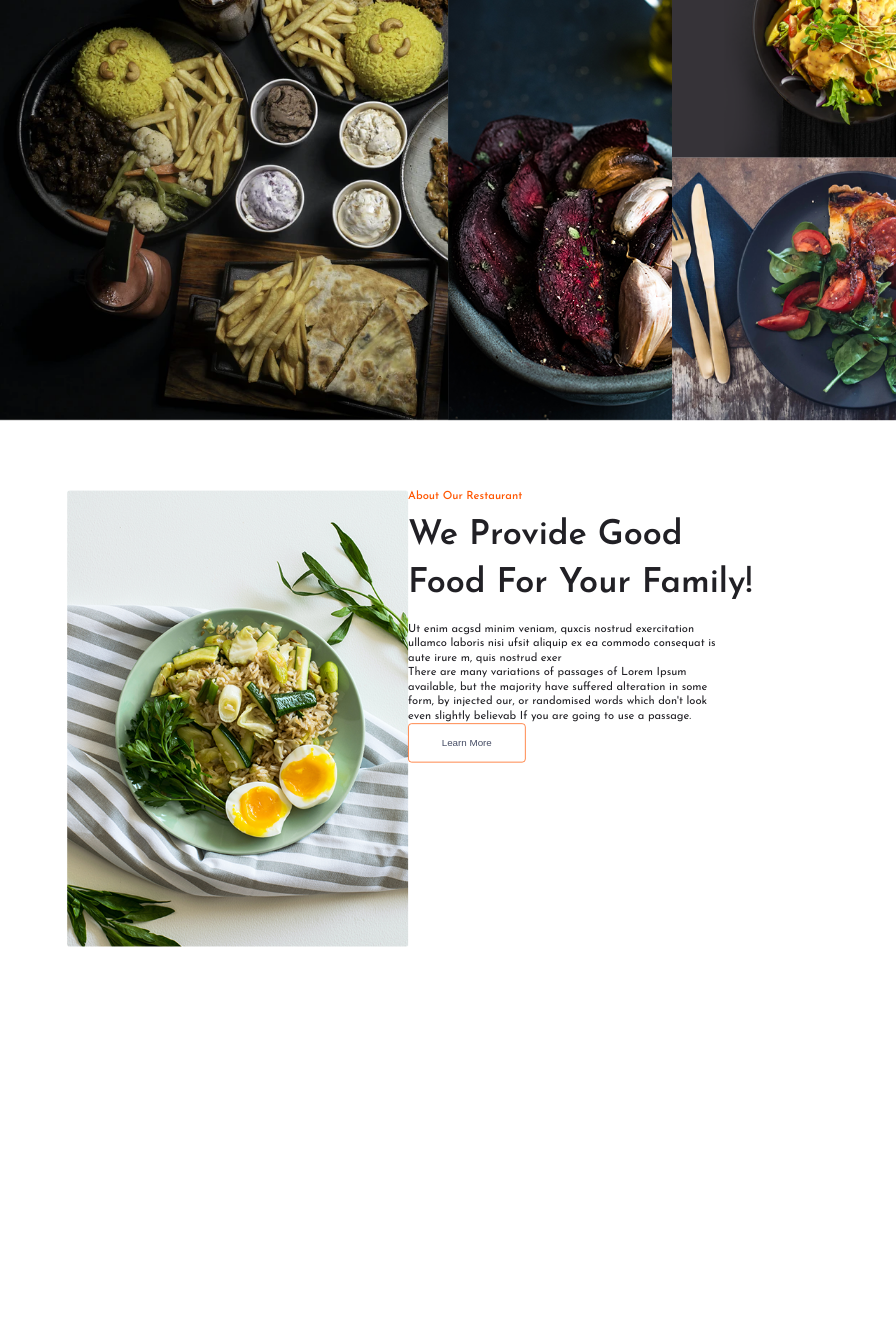
Repository: Ebtehal18/food
Page: index.html
These files come from the project's save history. The page is drawn as it stood at one moment and after the next save; the edit follows.
The browser window is 1280 px wide. The pictures show the part of the page from y = 2456 to 4376 px (the page is 10000 px tall), at 70% of full size.

Above is the page before, as saved 2024-01-18 19:21:11.

### index.html
<!DOCTYPE html>
<html lang="en">
  <head>
    <meta charset="UTF-8" />
    <meta name="viewport" content="width=device-width, initial-scale=1.0" />
    <title>Food All</title>
    <link rel="preconnect" href="https://fonts.googleapis.com">
    <link rel="preconnect" href="https://fonts.gstatic.com" crossorigin>
    <link href="https://fonts.googleapis.com/css2?family=Josefin+Sans:wght@200;300;400;500;600;700&display=swap" rel="stylesheet">
    <link rel="stylesheet" href="asessets/css/style.css" />
    <link rel="stylesheet" href="asessets/css/External/all.min.css" />
  </head>
  <body>
    <!-- nav bar -->
    <header class="header">
      <div class="logo"><img src="asessets/imgs/logo.png" alt="logo" /></div>
      <label for="checkbox"><i class="fa-solid fa-bars"></i></label>
      <input type="checkbox" id="checkbox">
      <nav class="nav">
        <ul class="nav-list">
          <li class="list-item"><a href="#">Home</a></li>
          <li class="list-item"><a href="#">About</a></li>
          <li class="list-item"><a href="#">Menu</a></li>
          <li class="list-item">
            <a href="#">Blog</a>
            <ul class="dropdown-list">
              <li class="dropdown-item"><a href="#">Blog</a></li>
              <li class="dropdown-item"><a href="#">Blog Details</a></li>
              <li class="dropdown-item"><a href="#">Element</a></li>
            </ul>
          </li>
          <li class="list-item"><a href="#">Contact</a></li>
        </ul>
      </nav>
      <button class="btn btn-nav">Order Online</button>
    </header>

    <!-- hero -->

    <section class="hero">
      <div class="container">
        <div class="row">
         <div class="hero-content">
           <span class="span">Discover Your Teste</span>
          <h1>We belive good food offer great smile</h1>
          <p>
            Ut enim ad minim veniam, quis nostrud exercitation ullamco laboris
            nisi ut aliquip ex ea commodo consequat is aute irure.
          </p>
          <button class="btn-hero">Resurvation</button>
        </div>
          </div>
        </div>
      </div>
    </section>

  <!-- about -->
    <section class="about">
      <div class="container">
        <div class="row">
        <div class="about-content">
          <span class="span">Discover Your Teste</span>
          <h2>We Provide Good Food For Your Family!</h2>
          <p>Ut enim acgsd minim veniam, quxcis nostrud exercitation ullamco laboris nisi ufsit aliquip ex ea commodo consequat is aute irure m, quis nostrud exer.</p>
          <div class="row">
        <div class="about-detail">
          <div class="about-icon">
            <img src="asessets/imgs/cooking.png" alt="cooking">
          </div>
        <p>Ut enim ad minim veniam, quis nostrud exer.</p>
      </div>
        <div class="about-detail">
          <div class="about-icon">
            <img src="asessets/imgs/restaurant.png" alt="cooking">
          </div>
        <p>Ut enim ad minim veniam, quis nostrud exer.</p>
      </div>
        <div class="about-detail">
          <div class="about-icon">
            <img src="asessets/imgs/chef.png" alt="cooking">
          </div>
        <p>Ut enim ad minim veniam, quis nostrud exer.</p>
      </div>
        <div class="about-detail">
          <div class="about-icon">
            <img src="asessets/imgs/cooking.png" alt="cooking">
          </div>
        <p>Ut enim ad minim veniam, quis nostrud exer.</p>
      </div>
          </div>
        </div>
        <div class="about-img">
          <img src="asessets/imgs/about.png" alt="chef's img">
        </div>
        </div>
      </div>
    </section>
    <!-- menu -->
    <section class="menu-sec">
      <div class="menu">
         <div class="container">
        <div class="menu-heading">
          <span class="span">Our Offerd Menu</span>
          <h2>Some Trendy And Popular Courses Offerd</h2>
          <ul class="list-menu">
            <li class="menu-item"><a href="#">special</a></li>
            <li  class="menu-item"><a href="#">breakfact</a></li>
            <li  class="menu-item"><a href="#">lunch</a></li>
            <li  class="menu-item"><a href="#">dinner</a></li>
          </ul>
        </div>


      </div>
    </div>
      <div class="grid-menu">
        <div class="menu-img">
          <div class="overlay">
            <span class="span">$25</span>
            <h2>Delicious Food</h2>
            <p>Ut enim ad minim veniam quis nostr.</p>
            <button class="btn-hero">Order Now</button>
          </div>
        </div>
        <div class="menu-img"> <div class="overlay">
          <span class="span">$25</span>
          <h2>Delicious Food</h2>
          <p>Ut enim ad minim veniam quis nostr.</p>
          <button class="btn-hero">Order Now</button>
        </div></div>
        <div class="menu-img"> <div class="overlay">
          <span class="span">$25</span>
          <h2>Delicious Food</h2>
          <p>Ut enim ad minim veniam quis nostr.</p>
          <button class="btn-hero">Order Now</button>
        </div></div>
        <div class="menu-img"> <div class="overlay">
          <span class="span">$25</span>
          <h2>Delicious Food</h2>
          <p>Ut enim ad minim veniam quis nostr.</p>
          <button class="btn-hero">Order Now</button>
        </div></div>

      </div>
    </section>
    <!-- blog -->
    <section class="blog">
      <div class="container">
        <div class="row">
          <div class="blog-img">
            <img src="asessets/imgs/about2.png" alt="">
          </div>
          <div class="blog-content">
            <span class="span">About Our Restaurant</span>
            <h2>We Provide Good Food For Your Family!</h2>
            <p>Ut enim acgsd minim veniam, quxcis nostrud exercitation ullamco laboris nisi ufsit aliquip ex ea commodo consequat is aute irure m, quis nostrud exer</p>
            <p>There are many variations of passages of Lorem Ipsum available, but the majority have suffered alteration in some form, by injected our, or randomised words which don't look even slightly believab If you are going to use a passage.</p>
            <button class="btn">Learn More</button>
          </div>
        </div>
      </div>
    </section>

  </body>
</html>

### asessets/css/style.css
/*
=======================================================
          public styles
======================================================= */
*,
*::after,
*::before {
  margin: 0;
  padding: 0;
  box-sizing: border-box;
}
html,
body {
  overflow-x: hidden;
}
body {
  font-family: "Josefin Sans", sans-serif;
  color: #141517;
  height: 10000px;
}
a {
  text-decoration: none;
}
li {
  list-style: none;
}
.container {
  width: 85%;
  margin: auto;
}
.row {
  display: flex;
  justify-content: space-between;
  align-items: flex-start;
}
.span {
  color: #ff5600;
  font-size: 16px;
  font-weight: 500;
  display: inline-block;
}
h2 {
  margin: 15px 0 20px;
  color: #212025;
  font-size: 49px;
  font-weight: 600;
  line-height: 1.4;
  width: 83%;
}
p {
  width: 77%;
  color: #212025;
  font-size: 16px;
  font-weight: 400;
  line-height: 1.3;
}

@media (max-width: 767px) {
  .row {
    flex-flow: column wrap;
  }
}

/*
=====================================================
            end public styles
=====================================================
 */

/* ===============
        navbar
 ================= */
.header {
  z-index: 999;
  display: flex;
  background-color: #fff;
  position: fixed;
  justify-content: space-around;
  align-items: center;
  top: 0;
  padding: 20px 65px;
  width: 100%;
}
.header .logo {
  width: 46%;
}
.header .nav .nav-list .list-item {
  padding: 0 30px;
  display: inline-block;
}
.header .nav .nav-list .list-item a {
  color: #141517;
  font-weight: 400;
  font-size: 16px;
  text-decoration: none;
}
.header .nav .nav-list .list-item a:hover {
  color: #ff5600;
}
.header .nav .nav-list .list-item:nth-child(4) {
  position: relative;
}
.header .nav .list-item .dropdown-list {
  padding: 10px 15px;
  background-color: #fff;
  position: absolute;
  top: 44px;
  left: -4px;
  opacity: 0;
  transition: all 0.4s ease-in;
  -webkit-transition: all 0.4s ease-in;
  -moz-transition: all 0.4s ease-in;
  -ms-transition: all 0.4s ease-in;
  -o-transition: all 0.4s ease-in;
}
.header .nav .nav-list .list-item:nth-child(4):hover .dropdown-list {
  opacity: 1;
  top: 63px;
}

.header .nav .list-item .dropdown-list li {
  width: 140px;
  display: inline-block;
  margin-bottom: 20px;
}
.header .btn,
.blog .btn {
  position: relative;
  z-index: 1;
  cursor: pointer;
  color: #464d65;
  outline: none;
  border: 1px solid #ff5600;
  font-size: 14px;
  font-weight: 500;
  background-color: transparent;
  padding: 19px 47px;
  border-radius: 5px;
  -webkit-border-radius: 5px;
  -moz-border-radius: 5px;
  -ms-border-radius: 5px;
  -o-border-radius: 5px;
  transition: all 0.4s ease-in;
  -webkit-transition: all 0.4s ease-in;
  -moz-transition: all 0.4s ease-in;
  -ms-transition: all 0.4s ease-in;
  -o-transition: all 0.4s ease-in;
}
.header .btn::before,
.blog .btn::before {
  background-color: #ff5600;
  position: absolute;
  content: "";
  top: 0;
  left: 0;
  height: 0%;
  width: 100%;
  z-index: -1;
  transition: all 0.4s ease-in;
  -webkit-transition: all 0.4s ease-in;
  -moz-transition: all 0.4s ease-in;
  -ms-transition: all 0.4s ease-in;
  -o-transition: all 0.4s ease-in;
}
.header .btn:hover,
.blog .btn:hover {
  color: #fff;
}
.header .btn:hover::before,
.blog .btn:hover::before {
  height: 100%;
}
.header input,
label {
  display: none;
}
@media (max-width: 1100px) {
  .header .logo {
    width: 20%;
  }
}

@media (max-width: 991px) {
  .header {
    justify-content: space-between;
    padding: 10px 20px;
  }
  .header .logo {
    width: 84%;
  }
  .header nav .nav-list {
    display: none;
  }
  .header .nav-list {
    padding: 20px 0;
    left: 0;
    right: 0;
    background-color: #ffb400fa;
    position: absolute;
    top: 100%;
  }

  .header .nav .nav-list .list-item {
    margin-bottom: 20px;
    padding: 0 30px;
    display: block;
  }
  .header .nav .nav-list .list-item a {
    color: #fff;
  }

  .header .nav .nav-list .list-item:nth-child(4):hover .dropdown-list {
    border-radius: 5px;
    left: 30px;
    top: 23px;
    background-color: #ff5600;
    -webkit-border-radius: 5px;
    -moz-border-radius: 5px;
    -ms-border-radius: 5px;
    -o-border-radius: 5px;
  }
  .header .nav .list-item .dropdown-list li {
    display: block;
  }
  .header .nav .list-item .dropdown-list a,
  .header .nav .list-item .dropdown-list a:hover {
    color: #fff;
  }
  .header .btn {
    display: none;
  }
  .header label {
    display: block;
  }
  .header label i {
    font-size: 24px;
  }
  .header input:checked + nav .nav-list {
    display: block;
  }
}

/* ===============
       end  navbar
 ================= */
/* ===============
       hero
 ================= */
.hero {
  display: flex;
  width: 100%;
  height: 1080px;
  background-image: url(../imgs/h1_hero.png);
  background-size: cover;
  background-position: bottom;
}

.hero .hero-content h1 {
  margin-top: 40px;
  font-weight: 700;
  color: #212025;
  font-size: 87px;
  width: 80%;
  line-height: 1.4;
}
.hero .hero-content p {
  font-weight: 400;
  margin-bottom: 30px;
  line-height: 1.3;
  width: 44%;
  color: #212025;
  font-size: 16px;
}
.btn-hero {
  letter-spacing: 1.1px;
  position: relative;
  z-index: 1;
  cursor: pointer;
  color: #fff;
  outline: none;
  border: 1px solid #ff5600;
  font-size: 14px;
  font-weight: 500;
  background-color: #ff5600;
  padding: 19px 47px;
  border-radius: 5px;
  -webkit-border-radius: 5px;
  -moz-border-radius: 5px;
  -ms-border-radius: 5px;
  -o-border-radius: 5px;
  transition: all 0.4s ease-in;
  -webkit-transition: all 0.4s ease-in;
  -moz-transition: all 0.4s ease-in;
  -ms-transition: all 0.4s ease-in;
  -o-transition: all 0.4s ease-in;
}
.btn-hero::before {
  z-index: -1;
  content: "";
  background-color: rgba(0, 0, 0, 0.6);
  top: 0;
  left: 0;
  width: 0;
  height: 100%;
  position: absolute;
  transition: all 0.4s;
  -webkit-transition: all 0.4s;
  -moz-transition: all 0.4s;
  -ms-transition: all 0.4s;
  -o-transition: all 0.4s;
}
.btn-hero:hover::before {
  filter: grayscale(50%);
  width: 100%;
  -webkit-filter: grayscale(50%);
}
@media (max-width: 1100px) {
  .hero .hero-content {
    margin: 0;
  }
  .hero .hero-content h1 {
    font-size: 60px;
  }
}

@media (max-width: 991px) {
  .hero {
    height: 700px;
  }
  .hero .hero-content {
    margin: 0;
    padding: 206px 0 100px;
  }
  .hero .hero-content .span {
    margin-bottom: 40px;
  }
  .hero .hero-content h1 {
    width: 88%;
    font-size: 50px;
    margin-bottom: 40px;
  }
  .hero .hero-content p {
    line-height: 1.4;
    width: 74%;
  }
}

@media (max-width: 767px) {
  .hero {
    height: 600px;
  }
  .hero .hero-content {
    padding: 100px 0 0;
    margin: 0;
  }
  .hero .hero-content span {
    margin-bottom: 20px;
  }
  .hero .hero-content h1 {
    font-size: 27px;
    width: 100%;
    margin-bottom: 30px;
  }
  .hero .hero-content p {
    margin-bottom: 20px;
    width: 100%;
  }
}

/* about */

.about {
  padding: 100px 0;
}
.about .container .row {
  align-items: center;
}
.about .about-content {
  width: 50%;
}

.about .about-content .row {
  margin-top: 50px;
  display: grid;
  grid-template-columns: repeat(2, 1fr);
  gap: 20px;
}
.about .about-content .row .about-detail {
  display: flex;
  gap: 20px;
  align-items: center;
}
.about .about-content .row .about-detail p {
  width: 69%;
}

.about .row .about-detail .about-icon {
  width: 15%;
}
.about .row .about-detail .about-icon img,
.about .about-img img {
  width: 100%;
}
.about .about-img {
  width: 50%;
}
@media (max-width: 991px) {
  .about {
    padding: 50px 0;
  }
  .about .row {
    flex-flow: row wrap;
  }
  .about .about-content {
    width: 100%;
  }
  .about .about-content h2 {
    width: 100%;
    font-size: 27px;
  }
  .about .about-content .row {
    margin-top: 25px;
    display: grid;
    grid-template-columns: repeat(2, 1fr);
    gap: 20px;
  }
  .about .about-img {
    margin-top: 20px;
    width: 100%;
  }
}

@media (max-width: 767px) {
  .about {
    padding: 40px 0;
  }
  .about .about-content {
    width: 100%;
  }
  .about .about-content h2 {
    width: 100%;
    font-size: 27px;
  }
  .about .about-content .row {
    margin-top: 25px;
    display: grid;
    grid-template-columns: repeat(1, 1fr);
    gap: 20px;
  }
  .about .about-img {
    margin-top: 20px;
    width: 100%;
  }
}
/* menu */

.menu {
  background-image: url(../imgs/section_bg01.png);
  background-size: cover;
  background-position: center center;
  padding: 70px 0 50px;
}
.menu .menu-heading {
  text-align: center;
}

.menu .menu-heading h2 {
  line-height: 1.3;
  margin: auto;
  width: 59%;
  color: #212025;
  font-size: 49px;
  font-weight: 600;
  margin-top: 20px;
}
.menu .menu-heading .list-menu {
  align-items: center;
  margin-top: 70px;
  display: flex;
  justify-content: center;
  gap: 50px;
}

.menu .menu-heading .list-menu li a {
  text-transform: uppercase;
}

.menu .menu-heading .list-menu li:not(:first-child) a {
  z-index: 1;
  font-weight: 400;
  font-size: 16px;
  color: #1b1b1b;
  text-decoration: none;
}

.menu .menu-heading .list-menu li:first-child a {
  background-color: #ff5600;
  padding: 10px 22px;
  position: relative;
  color: #fff;
}
.menu .menu-heading .list-menu li:first-child a::before {
  top: 36px;
  left: 38%;
  content: "";
  position: absolute;
  width: 0;
  height: 0;
  border-bottom: 12px solid transparent;
  border-top: 10px solid #ff5600;
  border-left: 12px solid transparent;
  border-right: 12px solid transparent;
}

.menu-sec .grid-menu {
  display: grid;
  grid-template-columns: repeat(4, 1fr);
  grid-template-rows: repeat(2, 1fr);
}
.menu-sec .grid-menu .menu-img {
  overflow: hidden;
  position: relative;
}
.menu-sec .grid-menu .menu-img .overlay {
  width: 100%;
  height: 100%;
  display: flex;
  align-items: center;
  justify-content: center;
  flex-direction: column;
  position: absolute;
  z-index: 1;
  text-align: center;
  background-color: rgba(0, 0, 0, 0.6);
  opacity: 0;
  transition: all 0.4s ease-in;
  -webkit-transition: all 0.4s ease-in;
  -moz-transition: all 0.4s ease-in;
  -ms-transition: all 0.4s ease-in;
  top: 40%;
  -o-transition: all 0.4s ease-in;
}
.menu-sec .grid-menu .menu-img:hover .overlay {
  top: 0;
  opacity: 1;
}
.menu-sec .grid-menu .menu-img .overlay .span {
  font-size: 30px;
}
.menu-sec .grid-menu .menu-img .overlay h2 {
  color: #fff;
  font-size: 50px;
  font-weight: 700;
  margin-bottom: 20px;
}
.menu-sec .grid-menu .menu-img .overlay p {
  margin-bottom: 20px;
  color: #fff;
  font-size: 13px;
}

.menu-sec .grid-menu .menu-img:nth-child(1) {
  grid-column: 1/3;
  grid-row: 1/-1;
  background-image: url(../imgs/gallery1.png);
  background-size: cover;
  min-height: 730px;
}

.menu-sec .grid-menu .menu-img:nth-child(2) {
  background-image: url(../imgs/gallery2.png);
  background-size: cover;
  background-position: left;
  min-height: 730px;
  grid-row: 1/-1;
}
.menu-sec .grid-menu .menu-img:nth-child(3) {
  background-image: url(../imgs/gallery3.png);
  background-size: cover;
  background-position: left;
  min-height: 375px;
}
.menu-sec .grid-menu .menu-img:nth-child(4) {
  background-image: url(../imgs/gallery4.png);
  background-size: cover;
  background-position: left;
  min-height: 375px;
}

@media (max-width: 991px) {
  .menu .menu-heading h2 {
    width: 100%;
  }
  .menu-sec .grid-menu {
    display: grid;
    grid-template-columns: repeat(2, 1fr);
  }
  .menu-sec .grid-menu .menu-img:nth-child(1) {
    background-position: left;
    grid-column: 1/2;
  }
  .menu-sec .grid-menu .menu-img .overlay h2 {
    font-size: 35px;
  }
}
@media (max-width: 767px) {
  .menu .menu-heading h2 {
    width: 100%;
    font-size: 24px;
  }
  .menu .menu-heading .list-menu {
    flex-flow: row wrap;
    gap: 0;
  }
  .menu .menu-heading .list-menu .menu-item {
    width: 30%;
    margin-bottom: 20px;
  }
  .menu-sec .grid-menu {
    display: grid;
    grid-template-columns: unset;
    grid-template-rows: unset;
  }
  .menu-sec .grid-menu .menu-img:nth-child(1) {
    background-position: left;
    grid-column: unset;
    grid-row: unset;
  }
  .menu-sec .grid-menu .menu-img:nth-child(2) {
    grid-row: unset;
  }
  .menu-sec .grid-menu .menu-img .overlay h2 {
    font-size: 30px;
  }
}

/* blog */
.blog {
  padding: 100px 0;
}

Loaded but not shown: asessets/css/External/all.min.css (library)

After the next save:
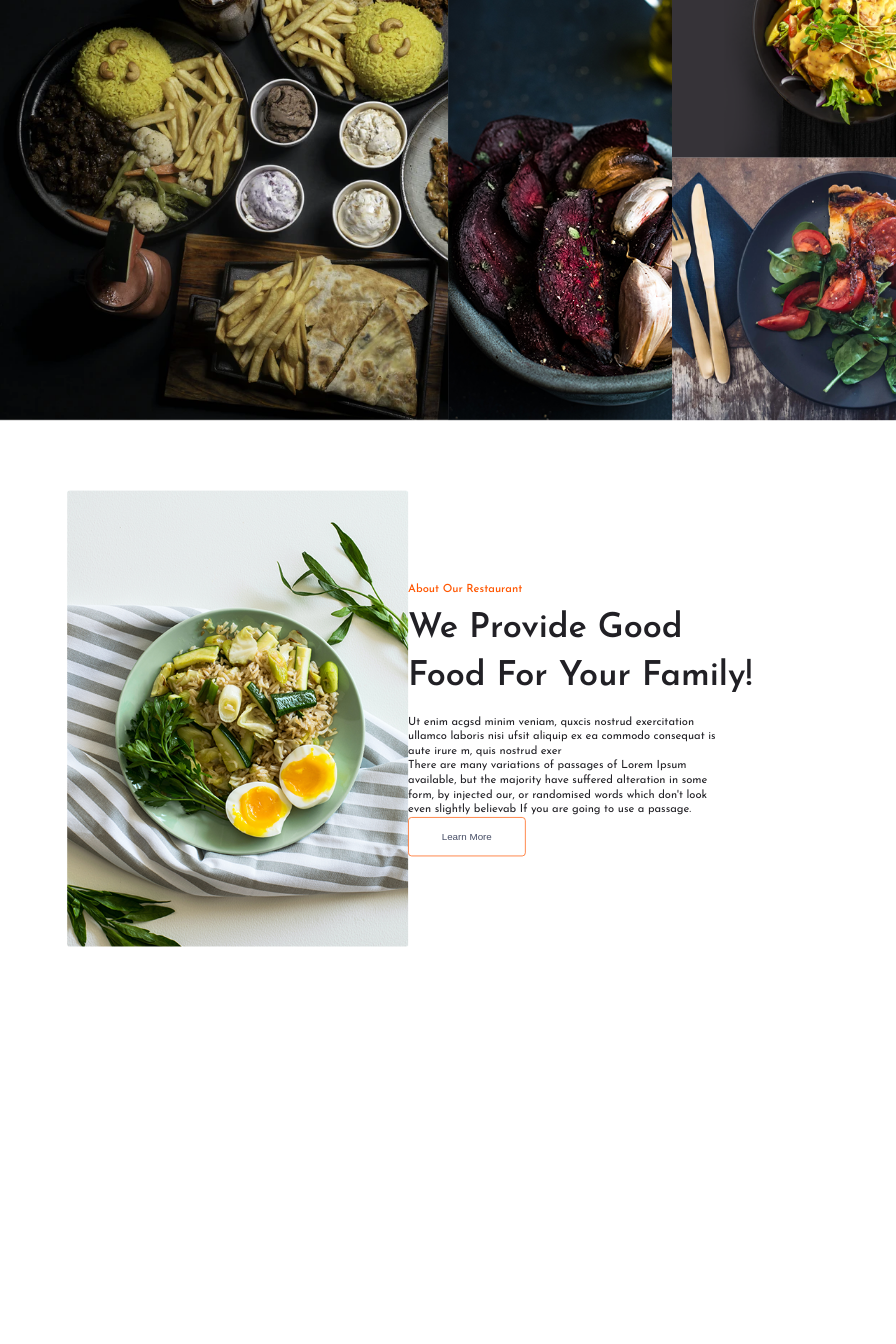
Saved 19 s later.
--- a/asessets/css/style.css
+++ b/asessets/css/style.css
@@ -638,3 +638,6 @@ label {
 .blog {
   padding: 100px 0;
 }
+.blog .row {
+  align-items: center;
+}
